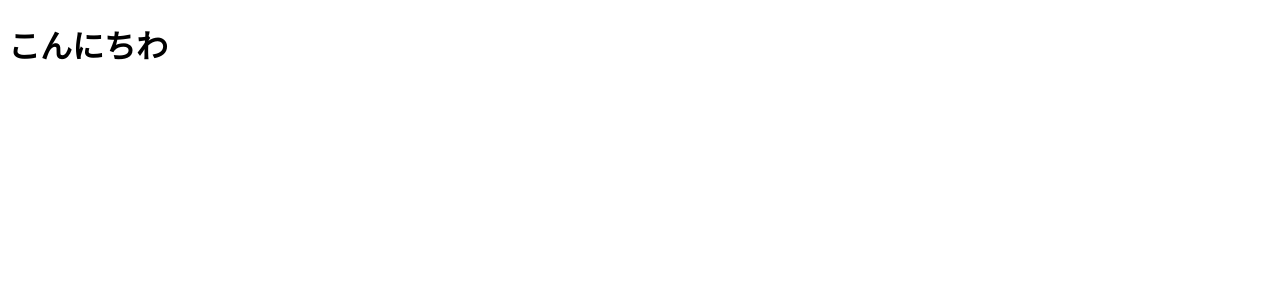
Repository: RyougaSeko/react-weather-app
Page: /
The author's editor kept a copy of each file at every save. The page is drawn from the files as they stood at one save, then again after the next save.
The browser window is 1280 px wide. The pictures show the whole page.
The project was rebuilt for these pictures with package versions that can differ from the ones it lists, and the page was loaded fresh each time.

Above is the page before, as saved 2022-10-08 15:19:49.

### src/App.js
import './App.css';

function App() {
  return (
    <div className="App">
      <h1>こんにちわ</h1>
    </div>
  );
}

export default App;

### src/App.css
.test {
  letter-spacing: 30px;
  color: red;
}

Loaded but not shown: public/index.html (common file); src/index.js (common file)

After the next save:
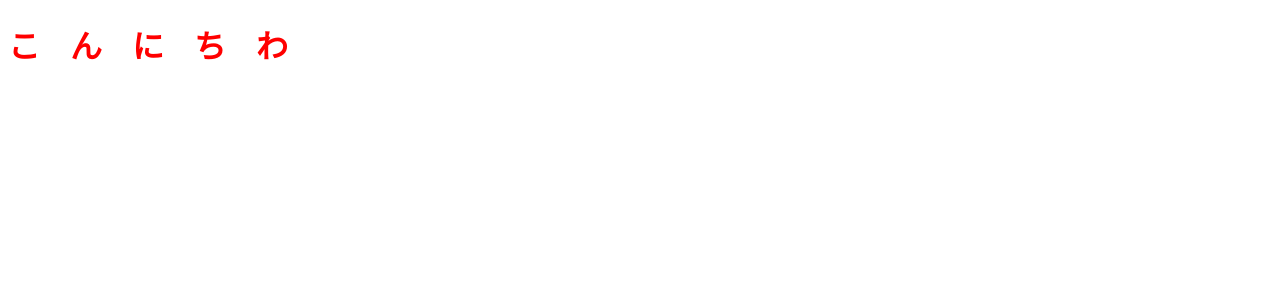
Saved 39 s later.
--- a/src/App.js
+++ b/src/App.js
@@ -2,7 +2,7 @@ import './App.css';
 
 function App() {
   return (
-    <div className="App">
+    <div className="test">
       <h1>こんにちわ</h1>
     </div>
   );
